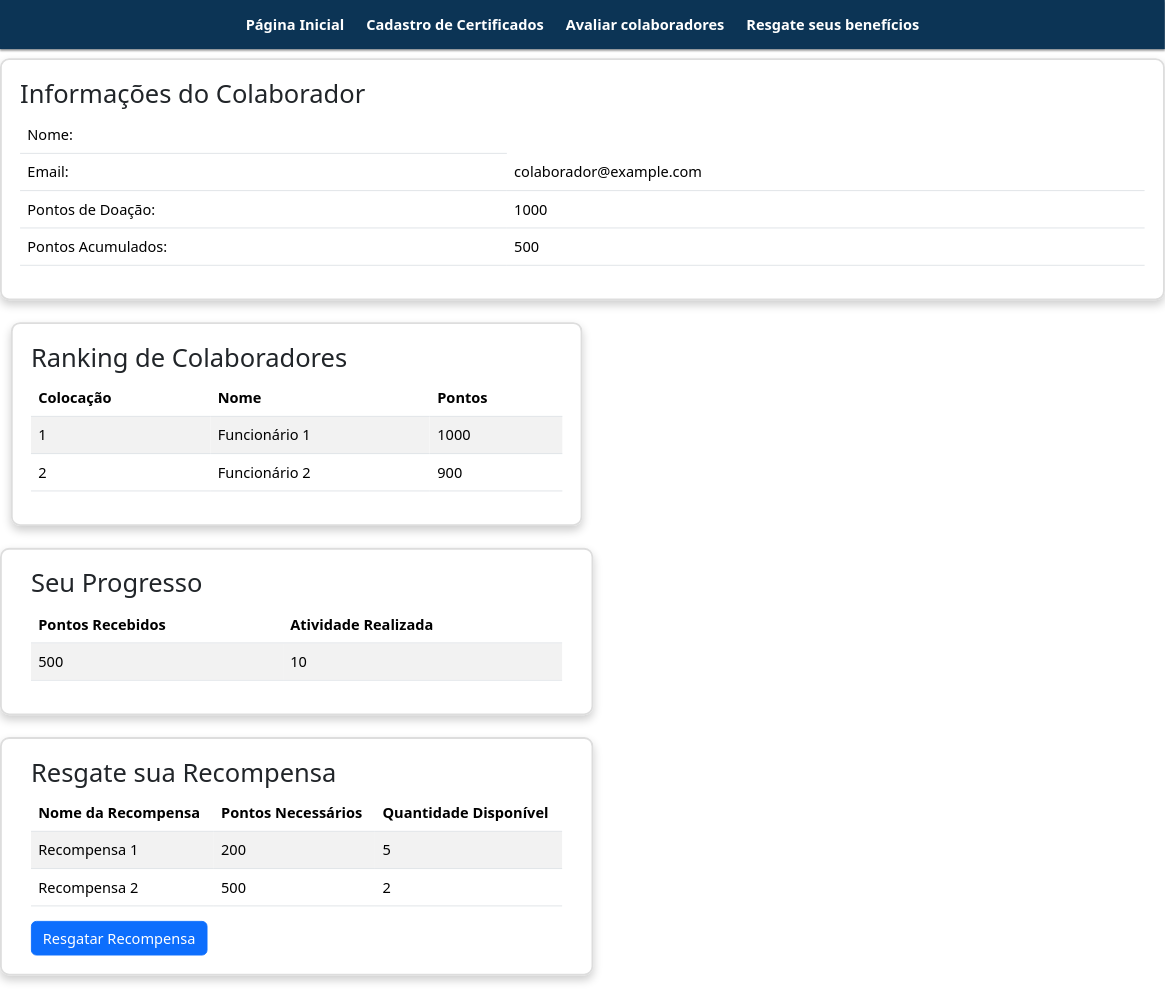
Repository: mumuryllo/ProjetoZupPointsCatalisa5
Page: ZuPointsCatalisa5 Front-End/colaborador.html
These files come from the project's save history. The page is drawn as it stood at one moment and after the next save; the edit follows.
The browser window is 1280 px wide. The pictures show the whole page, at 91% of full size.
The page's requests for data from a server got no answer.

Above is the page before, as saved 2023-10-12 17:42:52.

### ZuPointsCatalisa5 Front-End/colaborador.html
<!DOCTYPE html>
<html lang="en">
<head>
    <meta charset="UTF-8">
    <meta name="viewport" content="width=device-width, initial-scale=1.0">
    <title>Página de Funcionários</title>

    <link href="https://cdn.jsdelivr.net/npm/bootstrap@5.3.2/dist/css/bootstrap.min.css" rel="stylesheet"
        integrity="sha384-T3c6CoIi6uLrA9TneNEoa7RxnatzjcDSCmG1MXxSR1GAsXEV/Dwwykc2MPK8M2HN" crossorigin="anonymous">

    <link rel="stylesheet" href="style/nav-bar.css">

    <!-- Custom CSS for Styling -->
    <style>
        .custom-border {
            border: 2px solid #ddd;
            border-radius: 10px;
            padding: 20px;
            box-shadow: 0px 5px 10px rgba(0, 0, 0, 0.2);
        }
        .mb-4 {
            margin-bottom: 2rem;
        }
    </style>
</head>
<body>
    <!-- Cabeçalho -->
    <nav>
        <a href="index.html">Página Inicial</a>
        <a href="./cadastro_certificado.html">Cadastro de Certificados</a>
        <a href="avaliar_colaboradores.html"> Avaliar colaboradores</a>
        <a href="buscarEspecifico.html">Resgate seus benefícios</a>
    </nav>

    <div class="container-fluid">
        <div class="row">
            <!-- Informações do Colaborador -->
            <div class="col-md-12 custom-border mb-4">
                <h3>Informações do Colaborador</h3>
                <div class="table-responsive">
                    <table class="table">
                        <tbody>
                            <tr>
                                <td>Nome:</td>
                            </tr>
                            <tr>
                                <td>Email:</td>
                                <td>colaborador@example.com</td>
                            </tr>
                            <tr>
                                <td>Pontos de Doação:</td>
                                <td>1000</td>
                            </tr>
                            <tr>
                                <td>Pontos Acumulados:</td>
                                <td>500</td>
                            </tr>
                            <!-- Adicione mais informações conforme necessário -->
                        </tbody>
                    </table>
                </div>
            </div>
        </div>

        <!-- Coluna da esquerda com o ranking -->
        <div class="col-md-6 custom-border mb-4">
            <h3>Ranking de Colaboradores</h3>
            <table class="table table-striped">
                <thead>
                    <tr>
                        <th>Colocação</th>
                        <th>Nome</th>
                        <th>Pontos</th>
                    </tr>
                </thead>
                <tbody>
                    <tr>
                        <td>1</td>
                        <td>Funcionário 1</td>
                        <td>1000</td>
                    </tr>
                    <tr>
                        <td>2</td>
                        <td>Funcionário 2</td>
                        <td>900</td>
                    </tr>
                    <!-- Adicione mais linhas conforme necessário -->
                </tbody>
            </table>
        </div>

        <!-- Coluna da direita com divisão vertical -->
        <div class="col-md-6">
            <!-- Parte superior - Seu Progresso -->
            <div class="row justify-content-center custom-border mb-4" style="max-height: 50vh; overflow-y: auto;">
                <div class="col-12">
                    <h3>Seu Progresso</h3>
                    <div class="table-responsive">
                        <table class="table table-striped">
                            <thead>
                                <tr>
                                    <th>Pontos Recebidos</th>
                                    <th>Atividade Realizada</th>
                                </tr>
                            </thead>
                            <tbody>
                                <tr>
                                    <td>500</td>
                                    <td>10</td>
                                </tr>
                                <!-- Adicione mais linhas conforme necessário -->
                            </tbody>
                        </table>
                    </div>
                </div>
            </div>

            <!-- Divisão vertical -->
            <div class="row">
                <div class="col-12 border-right">
                    <!-- Parte inferior - Resgate sua Recompensa -->
                    <div class="row justify-content-center custom-border mb-4" style="max-height: 50vh; overflow-y: auto;">
                        <div class="col-12">
                            <h3>Resgate sua Recompensa</h3>
                            <div class="table-responsive">
                                <table class="table table-striped">
                                    <thead>
                                        <tr>
                                            <th>Nome da Recompensa</th>
                                            <th>Pontos Necessários</th>
                                            <th>Quantidade Disponível</th>
                                        </tr>
                                    </thead>
                                    <tbody>
                                        <tr>
                                            <td>Recompensa 1</td>
                                            <td>200</td>
                                            <td>5</td>
                                        </tr>
                                        <tr>
                                            <td>Recompensa 2</td>
                                            <td>500</td>
                                            <td>2</td>
                                        </tr>
                                        <!-- Adicione mais linhas conforme necessário -->
                                    </tbody>
                                </table>
                            </div>
                            <button class="btn btn-primary text-center">Resgatar Recompensa</button>
                        </div>
                    </div>
                </div>
            </div>
        </div>
    </div>
    <script src="./js/listarInfoColaboradores.js"></script>
    <script src="./js/listarCertificado.js"></script>
    <script src="https://cdn.jsdelivr.net/npm/bootstrap@5.3.2/dist/js/bootstrap.bundle.min.js" integrity="sha384-C6RzsynM9kWDrMNeT87bh95OGNyZPhcTNXj1NW7RuBCsyN/o0jlpcV8Qyq46cDfL" crossorigin="anonymous"></script>
</body>
</html>

### ZuPointsCatalisa5 Front-End/style/nav-bar.css
:root {
    --cor0: #0e1a33;
    --cor1: #061b2c;
    --cor2: #0c3455;
    --cor3: #8dc63F;
    --cor4: #40ba84;
    --cor5: #ef4123;
    --cor6: #f7941e;
    --cor7: #909090;
    --cor8: #ffffff;

    --fonte-padrao: Arial, Verdana, Helvetica, sans-serif;
    --fonte-destaque: 'Bebas Neue', cursive;
}

header {
    background-image: linear-gradient(to bottom, var(--cor0), var(--cor2));
    text-align: center;
    min-height: 150px;
    padding-top: 30px;
}

header>h1 {
    color: var(--cor8);
    font-weight: normal;
    font-size: 3em;
    margin-bottom: 20px;
    text-shadow: 2px 2px 0 rgba(0, 0, 0, 0.466);
}

header>p {
    color: var(--cor8);
    font-size: 1.2em;
    padding-left: 10px;
    padding-right: 10px;
    margin: auto;
    padding-bottom: 20px;
    text-shadow: 2px 2px 0 rgba(0, 0, 0, 0.466);
}

nav {
    background-color: var(--cor2);
    padding: 15px;
    box-shadow: 0px 2px 2px #0000005b;
    text-align: center;
    margin-bottom: 10px;
}

nav a {
    color: var(--cor8);
    padding: 10px;
    text-decoration: none;
    font-weight: bold;
    transition-duration: 0.5s;
}

nav a:hover {
    border-bottom: 5px solid var(--cor3);
    padding-bottom: 2px;
    text-decoration: none;/
}

### ZuPointsCatalisa5 Front-End/js/listarInfoColaboradores.js
document.addEventListener("DOMContentLoaded", function () {
    function fetchColaboradorData() {
        const colaboradorId = localStorage.getItem('id');
        const url = `http://localhost:8080/colaboradores/${colaboradorId}`;
        const token =  localStorage.getItem('token'); // Substitua pelo seu token Bearer válido

        fetch(url, {
            headers: {
                'Authorization': `Bearer ${token}`
            }
        })
            .then(response => {
                if (!response.ok) {
                    throw new Error(`Erro na requisição: ${response.status} - ${response.statusText}`);
                }
                return response.json();
            })
            .then(data => {
                // Substitua os IDs dos elementos abaixo pelos IDs corretos em seu HTML
                document.getElementById('nomeColaborador').textContent = data.nome;
                document.getElementById('emailColaborador').textContent = data.email;
                document.getElementById('pontosDoacao').textContent = data.pontosDoacao;
                document.getElementById('pontosAcumulados').textContent = data.pontosAcumulados;
            })
            .catch(error => {
                console.error('Erro na requisição:', error);
            });
    }

    fetchColaboradorData();
});

### ZuPointsCatalisa5 Front-End/js/listarCertificado.js
document.addEventListener('DOMContentLoaded', function () {
    const token = localStorage.getItem('token');
    const userId = localStorage.getItem('id');

    fetch(`http://localhost:8080/certificados?colaborador_id=${userId}`, {
      method: 'GET',
      headers: {
        'Authorization': `Bearer ${token}`
      }
    })
      .then(response => {
        if (response.ok) {
          return response.json();
        } else {
          throw new Error('Falha na requisição');
        }
      })
      .then(certificados => {
        const certificadosAccordion = document.querySelector('#certificadosAccordion');

        certificados.forEach(certificado => {
          const certificadoItem = document.createElement('div');
          certificadoItem.className = 'accordion-item';

          if(certificado.colaborador.id==userId){

            certificadoItem.innerHTML = `
            <h2 class="accordion-header" id="certificado${certificado.id}Heading">
              <button class="accordion-button" type="button" data-bs-toggle="collapse" data-bs-target="#certificado${certificado.id}Collapse" aria-expanded="true" aria-controls="certificado${certificado.id}Collapse">
                Certificado ${certificado.nome}
              </button>
            </h2>
            <div id="certificado${certificado.id}Collapse" class="accordion-collapse collapse" aria-labelledby="certificado${certificado.id}Heading" data-bs-parent="#certificadosAccordion">
              <div class="accordion-body">
                <p><strong>Nome:</strong> ${certificado.nome}</p>
                <p><strong>Link:</strong> <a href="${certificado.link}">${certificado.link}</a></p>
                <p><strong>Número de Credencial:</strong> ${certificado.numero_credencial}</p>
                <p><strong>Tipo de Certificado:</strong> ${certificado.tipo_certificado}</p>
                <p><strong>Validação Certificado:</strong> ${certificado.certificado_valido}</p>
              </div>
            </div>
          `;

          certificadosAccordion.appendChild(certificadoItem);
          }

        });
      })
      .catch(error => {
        console.error('Ocorreu um erro:', error);
      });
  });

After the next save:
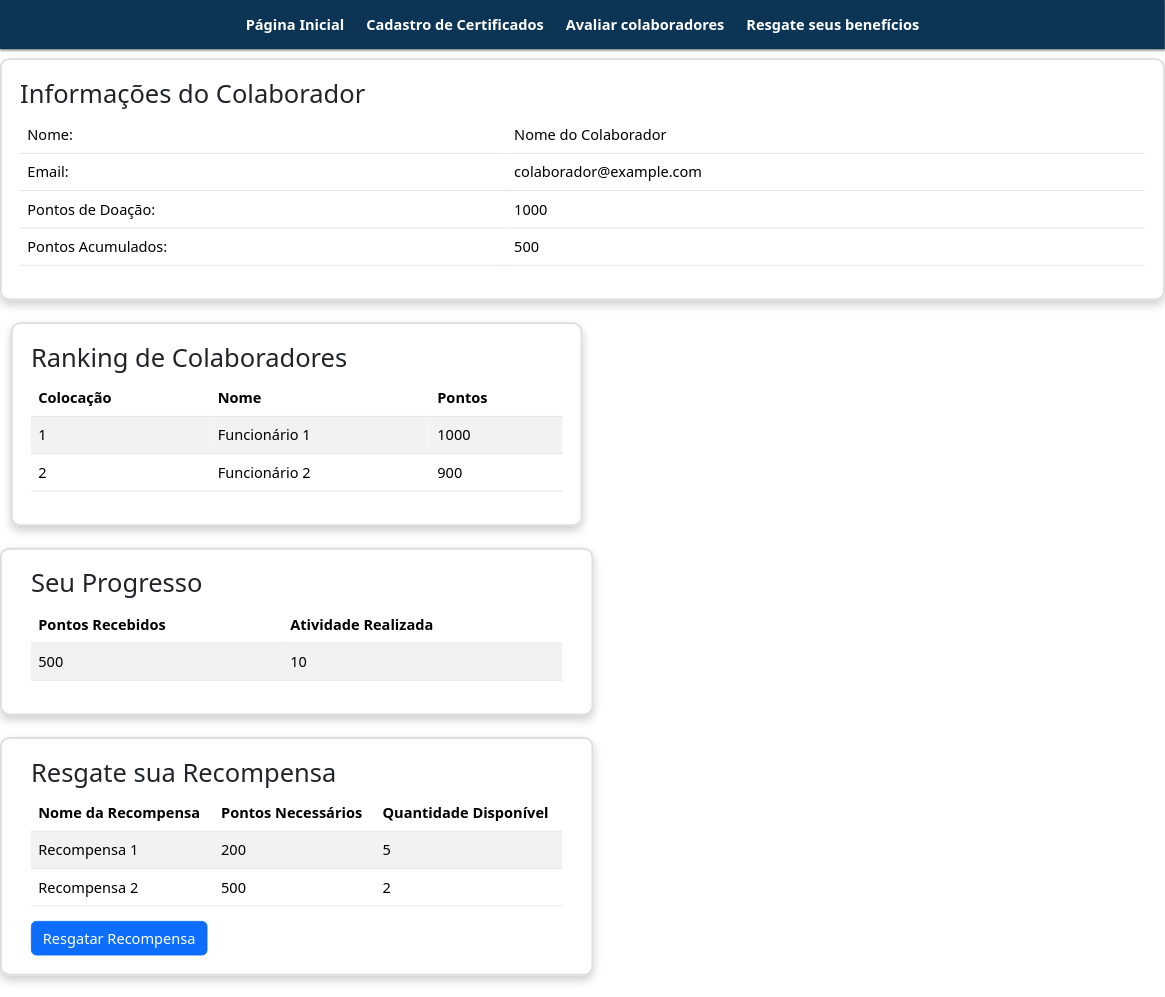
Saved 2 s later.
--- a/ZuPointsCatalisa5 Front-End/colaborador.html
+++ b/ZuPointsCatalisa5 Front-End/colaborador.html
@@ -42,6 +42,7 @@
                         <tbody>
                             <tr>
                                 <td>Nome:</td>
+                                <td>Nome do Colaborador</td>
                             </tr>
                             <tr>
                                 <td>Email:</td>
